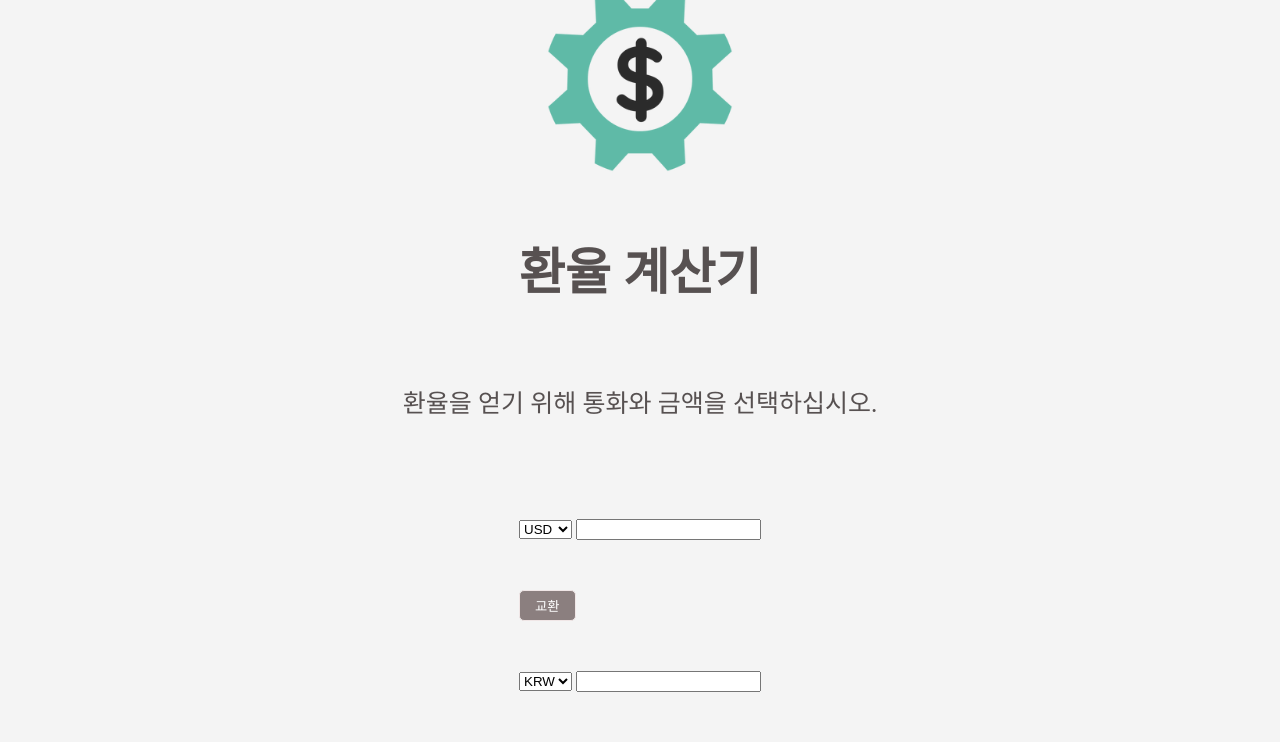
Repository: AbrorjonKuchkarov/exchange-rate
Page: index.html
These files come from the project's save history. The page is drawn as it stood at one moment and after the next save; the edit follows.
The browser window is 1280 px wide. The pictures show the whole page.

Above is the page before, as saved 2022-02-24 01:28:38.

### index.html
<!DOCTYPE html>
<html lang="en">
<head>
   <meta charset="UTF-8">
   <meta http-equiv="X-UA-Compatible" content="IE=edge">
   <meta name="viewport" content="width=device-width, initial-scale=1.0">
<link rel="stylesheet" href="style.css">
   <title>환율</title>
</head>
<body>
   <img src="img/money.png" alt="">
   <h1>환율 계산기 </h1>
   <p>환율을 얻기 위해 통화와 금액을 선택하십시오.</p>

   <div class="container">
      <div class="currency">
         <select id="selectOne">
            <option value="AED">AED</option>
            <option value="ARS">ARS</option>
            <option value="AUD">AUD</option>
            <option value="BGN">BGN</option>
            <option value="BRL">BRL</option>
            <option value="BSD">BSD</option>
            <option value="CAD">CAD</option>
            <option value="CHF">CHF</option>
            <option value="CLP">CLP</option>
            <option value="CNY">CNY</option>
            <option value="COP">COP</option>
            <option value="CZK">CZK</option>
            <option value="DKK">DKK</option>
            <option value="DOP">DOP</option>
            <option value="EGP">EGP</option>
            <option value="EUR">EUR</option>
            <option value="FJD">FJD</option>
            <option value="GBP">GBP</option>
            <option value="GTQ">GTQ</option>
            <option value="HKD">HKD</option>
            <option value="HRK">HRK</option>
            <option value="HUF">HUF</option>
            <option value="IDR">IDR</option>
            <option value="ILS">ILS</option>
            <option value="INR">INR</option>
            <option value="ISK">ISK</option>
            <option value="JPY">JPY</option>
            <option value="KRW">KRW</option>
            <option value="KZT">KZT</option>
            <option value="MXN">MXN</option>
            <option value="MYR">MYR</option>
            <option value="NOK">NOK</option>
            <option value="NZD">NZD</option>
            <option value="PAB">PAB</option>
            <option value="PEN">PEN</option>
            <option value="PHP">PHP</option>
            <option value="PKR">PKR</option>
            <option value="PLN">PLN</option>
            <option value="PYG">PYG</option>
            <option value="RON">RON</option>
            <option value="RUB">RUB</option>
            <option value="SAR">SAR</option>
            <option value="SEK">SEK</option>
            <option value="SGD">SGD</option>
            <option value="THB">THB</option>
            <option value="TRY">TRY</option>
            <option value="TWD">TWD</option>
            <option value="UAH">UAH</option>
            <option value="USD" selected>USD</option>
            <option value="UYU">UYU</option>
            <option value="VND">VND</option>
            <option value="ZAR">ZAR</option>
         </select>
         <input type="number" class="inputOne" >
      </div>

      <div class="swap">
         <button class="btn">교환</button>
         <div class="rate"></div>
      </div>

      <div class="currency">
         <select id="selectTwo">
         <option value="AED">AED</option>
         <option value="ARS">ARS</option>
         <option value="AUD">AUD</option>
         <option value="BGN">BGN</option>
         <option value="BRL">BRL</option>
         <option value="BSD">BSD</option>
         <option value="CAD">CAD</option>
         <option value="CHF">CHF</option>
         <option value="CLP">CLP</option>
         <option value="CNY">CNY</option>
         <option value="COP">COP</option>
         <option value="CZK">CZK</option>
         <option value="DKK">DKK</option>
         <option value="DOP">DOP</option>
         <option value="EGP">EGP</option>
         <option value="EUR">EUR</option>
         <option value="FJD">FJD</option>
         <option value="GBP">GBP</option>
         <option value="GTQ">GTQ</option>
         <option value="HKD">HKD</option>
         <option value="HRK">HRK</option>
         <option value="HUF">HUF</option>
         <option value="IDR">IDR</option>
         <option value="ILS">ILS</option>
         <option value="INR">INR</option>
         <option value="ISK">ISK</option>
         <option value="JPY">JPY</option>
         <option value="KRW" selected>KRW</option>
         <option value="KZT">KZT</option>
         <option value="MXN">MXN</option>
         <option value="MYR">MYR</option>
         <option value="NOK">NOK</option>
         <option value="NZD">NZD</option>
         <option value="PAB">PAB</option>
         <option value="PEN">PEN</option>
         <option value="PHP">PHP</option>
         <option value="PKR">PKR</option>
         <option value="PLN">PLN</option>
         <option value="PYG">PYG</option>
         <option value="RON">RON</option>
         <option value="RUB">RUB</option>
         <option value="SAR">SAR</option>
         <option value="SEK">SEK</option>
         <option value="SGD">SGD</option>
         <option value="THB">THB</option>
         <option value="TRY">TRY</option>
         <option value="TWD">TWD</option>
         <option value="UAH">UAH</option>
         <option value="USD">USD</option>
         <option value="UYU">UYU</option>
         <option value="VND">VND</option>
         <option value="ZAR">ZAR</option>
      </select>
      <input type="number" class="inputTwo" >
      </div>
   </div>




   <script src="app.js"></script>
</body>
</html>

### style.css
*{
   box-sizing: border-box;
}

body {
   margin: 0;
   display: flex;
   flex-direction: column;
   align-items: center;
   justify-content: center;
   height: 100vh;
   background-color: #f4f4f4;
   padding: 10px;
}

img {
   width: 200px;
}

h1{
   font-size: 50px;
   color: #575151;
   padding: 20px 0;
}

p{
   color: #575151;
   font-size: 25px;
   padding-bottom: 25px;
}

.btn{
   padding: 5px 15px;
   border-radius: 5px;
   border: 1px solid #f0e6e6;
   background-color: #8b7f7f;
   color: #fff;
   cursor: pointer;
}

.currency {
   margin: 30px 0;
   padding: 20px 0;
   align-items: center;
   flex-direction: column;
   justify-content: space-between;
}

#selectOne{


}

Loaded but not shown: app.js (no copy from this time; the picture is the same without it)

After the next save:
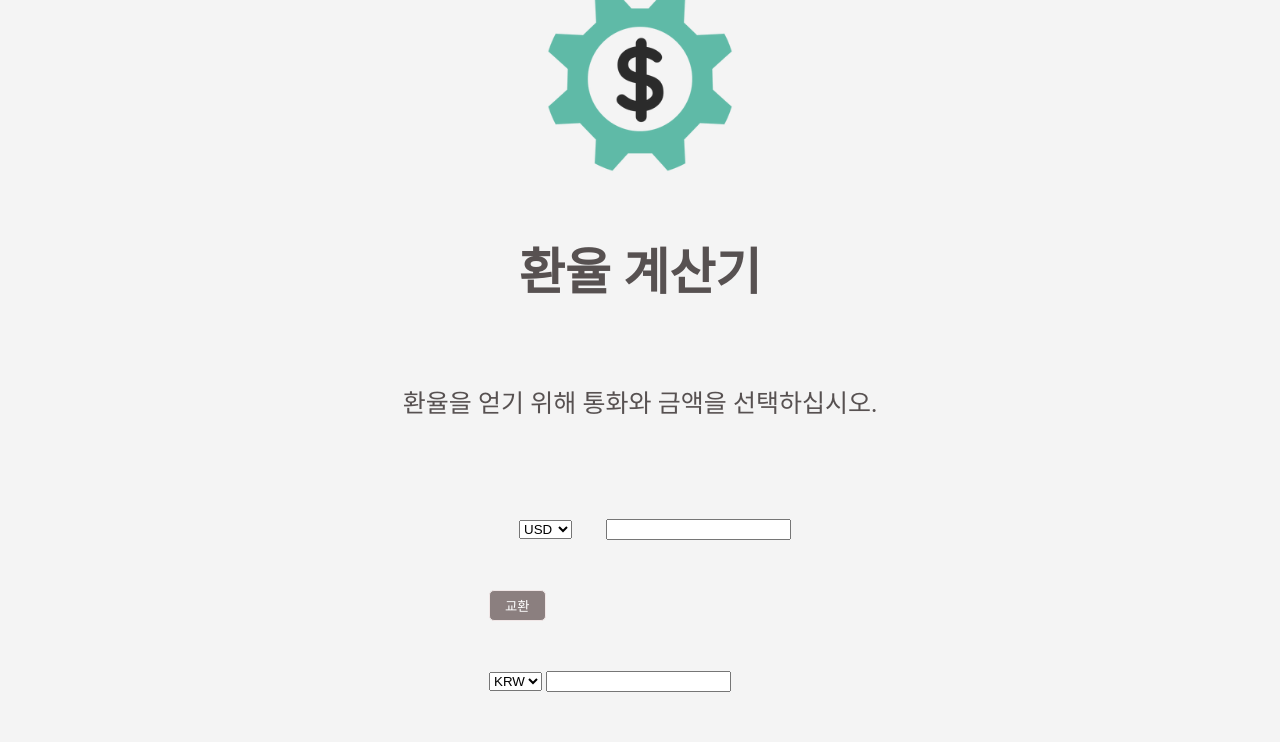
Saved 23 s later.
--- a/style.css
+++ b/style.css
@@ -47,6 +47,6 @@ p{
 }
 
 #selectOne{
-
+   margin: 0 30px;
 
 }
